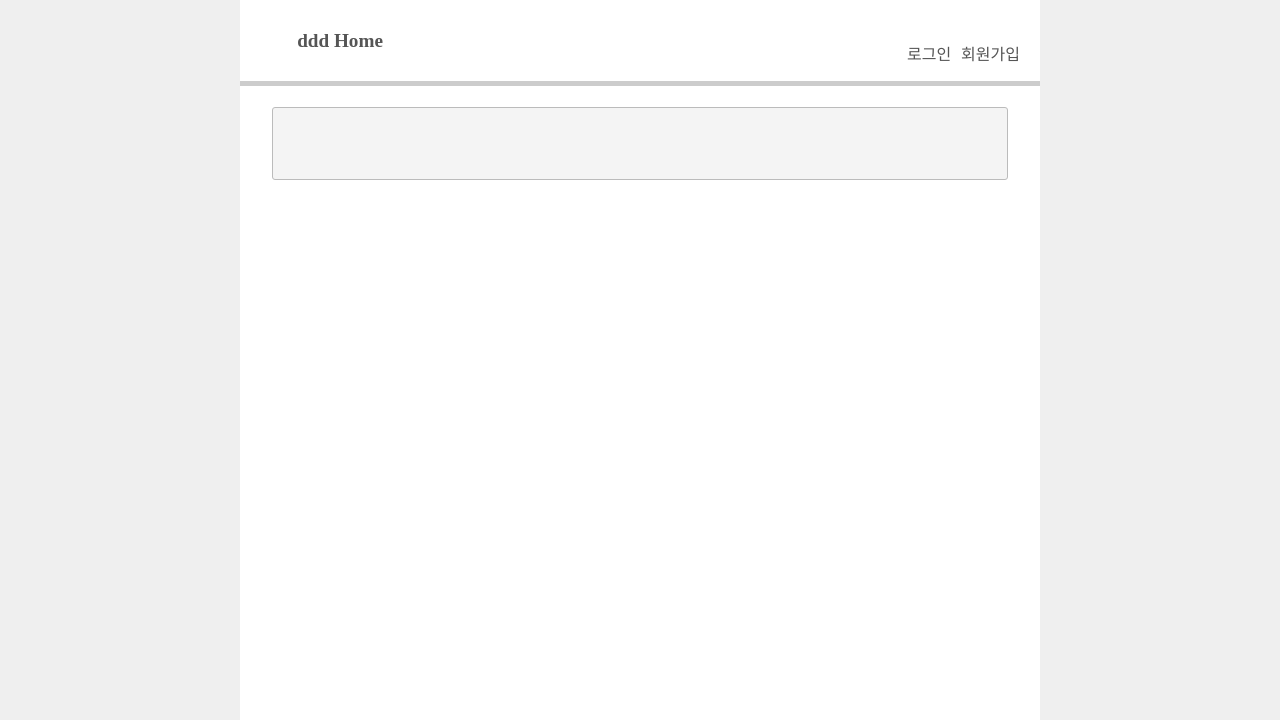
Repository: Deneb0000/JSP
Page: http://localhost/jspPro/days04/board/write.jsp
An editor plug-in stored every save of this project. The page is shown before and after the next save, followed by the edit.
The browser window is 1280 px wide. The pictures show the whole page.
Some web fonts or font styles are not loaded; a fallback is used. The page is served by Tomcat 9. Other server files are loaded and not shown.

Above is the page before, as saved 2024-10-18 08:14:06.

### jspPro/src/main/webapp/days04/board/write.jsp
<%@ page contentType="text/html; charset=UTF-8" pageEncoding="UTF-8"%>
<%@ taglib prefix="c" uri="http://java.sun.com/jsp/jstl/core" %>
<!DOCTYPE html>
<html>
<head>
<meta charset="UTF-8">
<title>Insert title here</title>
<link rel="shortcut icon" type="image/x-icon" href="http://localhost/jspPro/images/SiSt.ico">
<script src="https://ajax.googleapis.com/ajax/libs/jquery/3.7.1/jquery.min.js"></script>
<meta name="viewport" content="width=device-width, initial-scale=1.0">
<meta name="google" content="notranslate">
<link rel="stylesheet" href="http://localhost/jspPro/resources/cdn-main/example.css">
<script src="http://localhost/jspPro/resources/cdn-main/example.js"></script>
<style>
 span.material-symbols-outlined{
    vertical-align: text-bottom;
 }
</style>
</head>
<body>
<header>
  <h1 class="main"><a href="#" style="position: absolute;top:30px;">ddd Home</a></h1>
  <ul>
    <li><a href="#">로그인</a></li>
    <li><a href="#">회원가입</a></li>
  </ul>
</header>
<div>
  <xmp class="code">

  </xmp>
</div>
</body>
</html>

### jspPro/src/main/webapp/resources/cdn-main/example.css
@charset "UTF-8";

@import url('https://fonts.googleapis.com/css2?family=Material+Symbols+Outlined:opsz,wght,FILL,GRAD@20..48,100..700,0..1,-50..200');

@font-face {
    font-family: 'GmarketSansMedium';
    src: url('https://cdn.jsdelivr.net/gh/projectnoonnu/noonfonts_2001@1.1/GmarketSansMedium.woff') format('woff');
    font-weight: normal;
    font-style: normal;
}

:root {
	--text-color: #555;
	--sub-text-color: #777;
	--back-color: #EFEFEF;
	--header-color: #444;
	--primary-color: #DEDEDE;
	--secondary-color: #EFEFEF;
	--default-width: 800px;
	--narrow-width: 500px;
	--wide-width: 1200px;
	--text-font: 'GmarketSansMedium';
	--icon-font: 'Material Symbols Outlined';
	--border-color: #CCC;
}

html, body {
	margin: 0;
	padding: 0;
}

html {
	background-color: var(--back-color);
	display: flex;
	justify-content: center;
	min-height: 100vh;
}

body, body.default {
	width: var(--default-width);
	background-color: white;
	padding-bottom: 120px;
}

body.wide {
	width: var(--wide-width);
}

body.narrow {
	width: var(--narrow-width);
}



body, p, div, span, a, input, select, option, textarea, button, table, th, td, label, fieldset, legend {
	font-family: var(--text-font);
	color: var(--text-color);
}

h1, h2, h3 {
	font-family: var(--text-font);
	color: var(--header-color);
	padding: 0 1rem;
	padding-top: .5rem;
}

div > h1, div > h2, div > h3 {
	padding: 0;
}

body > div, body > main > div {
	padding: 0.3rem 1rem;
}


h1 { font-size: 2rem; border-bottom: 1px solid var(--border-color); }
h1 small { font-size: 1.2rem; color: var(--sub-text-color); }
h2 { font-size: 1.5rem; border-bottom: 1px dashed var(--border-color); }
h2 small { font-size: 1.1rem; color: --sub-text-color; }
h3 { font-size: 1.2rem; }
h3 small { font-size: 1rem; color: --sub-text-color; }



h1.main::before {
	font-family: var(--icon-font);
  	content: '\e666';
  	margin-right: 10px;
  	float: left;
	font-size: 2.5rem;
}

h1.sub::before {
	font-family: var(--icon-font);
  	content: '\ea19';
  	margin-right: 10px;
  	float: left;
	font-size: 2.5rem;
}


h1.page::before {
	font-family: var(--icon-font);
  	content: '\e0e0';
  	margin-right: 10px;
  	float: left;
	font-size: 2.5rem;
}

body > header > ul > li > .active{
	background-color: #FFF;
	color:#F00;
}

body > header {
	display: flex;
	justify-content: space-between;
	border-bottom: 5px solid var(--border-color);
	min-height: 74px;
	background-color: #FFF;
}

body > header.sticky {
	position: sticky;
	top: 0;
	z-index: 98;
}

body > header > h1 {
	font-size: 1.2rem;
	border: 0;
}

body > header.in > h1::before {
	font-family: var(--icon-font);
  	content: '\e332‥';
  	margin-right: 3px;
  	float: left;
	font-size: 2rem;
}


body > header > ul {
	list-style-type: none;
	display: flex;
	align-items: flex-end;
	margin-right: 10px;
}

body > header > ul > li {
	margin-right: 10px;
	cursor: pointer;
}

body > header > ul > li > a {
	cursor: pointer;
}


form {
	display: block;
}

form > div {
	padding: 0.3rem 1rem;
}

div > form > div {
	padding: 0.3rem 0;
}

input, textarea, button, select {
	border: 1px solid #BBB;
	border-radius: 3px;
	outline: none;
	resize: none;
	padding: 7px;
	margin: 0;
}

input[type=text]:read-only, textarea:read-only {
	cursor: not-allowed;
	background-color: #FFF;
}

input[type=text]:disabled, textarea:disabled {
	cursor: not-allowed;
	background-color: #EEE;
}

input[type=text], input[type=password], textarea, button, select {
	/* width: 300px; */
}

textarea {
	display: block;
	height: 100px;
}

input[type=button], input[type=submit], button {
	/* width: inherit; */
}

input.short, textarea.short, button.short, select.short {
	width: 100px;
}

input.long, textarea.long, button.long, select.long {
	width: 350px;
}

.narrow input.long, .narrow textarea.long, .narrow button.long, .narrow select.long {
	width: calc(100% - 20px);
}

input.full, textarea.full, button.full, select.full {
	width: calc(100% - 20px);
}

textarea.short {
	height: 50px;
}

textarea.long {
	height: 100px;
}

textarea.full {
	height: 200px;
}

input, textarea {
	padding-top: 8px;
}

input[type=button], input[type=submit], button {
	padding: 5px 10px;
	background-color: var(--secondary-color);
	cursor: pointer;
	min-height: 36px;
}

input[type=button].primary, input[type=submit].primary, button.primary {
	/* background-color: rgba(100, 149, 237, .2); */
	background-color: var(--primary-color);
}

input[type=button].primary:hover, input[type=submit].primary:hover, button.primary:hover {
	/* background-color: rgba(100, 149, 237, .3); */
	background-color: var(--secondary-color);
}

input[type=button]:hover, input[type=submit]:hover, button:hover {
	background-color: var(--primary-color);
}

button {
	position: relative;
	left: 0;
	top: 0;
	padding-left: 35px;
}

button .material-symbols-outlined {
	position: absolute;
	left: 10px;
	top: 4px;
}

/* k2nik add */
button.login::before {
	font-family: var(--icon-font);
  	content: '\ea77';
	position: absolute;
	left: 11px;
	top: 4px;
	font-size: 1.25rem;
}

/* k2nik logout */
button.logout::before {
	font-family: var(--icon-font);
  	content: '\e9ba';
	position: absolute;
	left: 11px;
	top: 4px;
	font-size: 1.25rem;
}

/* k2nik help */
button.help::before {
	font-family: var(--icon-font);
  	content: '\f1c0';
	position: absolute;
	left: 11px;
	top: 4px;
	font-size: 1.25rem;
}

button.add::before{
	font-family: var(--icon-font);
  	content: '\e746';
	position: absolute;
	left: 11px;
	top: 4px;
	font-size: 1.25rem;
}

button.back::before {
	font-family: var(--icon-font);
  	content: '\e166';
	position: absolute;
	left: 11px;
	top: 4px;
	font-size: 1.25rem;
}

button.list::before {
	font-family: var(--icon-font);
  	content: '\e0ee';
	position: absolute;
	left: 11px;
	top: 4px;
	font-size: 1.25rem;
}


button.del::before {
	font-family: var(--icon-font);
  	content: '\e872';
	position: absolute;
	left: 11px;
	top: 4px;
	font-size: 1.25rem;
}


button.edit::before {
	font-family: var(--icon-font);
  	content: '\e745';
	position: absolute;
	left: 11px;
	top: 4px;
	font-size: 1.25rem;
}


button.login::before {
	font-family: var(--icon-font);
  	content: '\ea77';
	position: absolute;
	left: 11px;
	top: 4px;
	font-size: 1.25rem;
}


button.logout::before {
	font-family: var(--icon-font);
  	content: '\e9ba';
	position: absolute;
	left: 11px;
	top: 4px;
	font-size: 1.25rem;
}


button.in::before {
	font-family: var(--icon-font);
  	content: '\f71a';
	position: absolute;
	left: 11px;
	top: 4px;
	font-size: 1.25rem;
}


button.out::before {
	font-family: var(--icon-font);
  	content: '\f70e';
	position: absolute;
	left: 11px;
	top: 4px;
	font-size: 1.25rem;
}


button.reply::before {
	font-family: var(--icon-font);
  	content: '\e15e';
	position: absolute;
	left: 11px;
	top: 4px;
	font-size: 1.25rem;
}


button.comment::before {
	font-family: var(--icon-font);
  	content: '\e0b9';
	position: absolute;
	left: 11px;
	top: 4px;
	font-size: 1.25rem;
}


button.modal::before {
	font-family: var(--icon-font);
  	content: '\e89e';
	position: absolute;
	left: 11px;
	top: 4px;
	font-size: 1.25rem;
}


button.ok::before {
	font-family: var(--icon-font);
  	content: '\e86c';
	position: absolute;
	left: 11px;
	top: 4px;
	font-size: 1.25rem;
}


button.cancel::before {
	font-family: var(--icon-font);
  	content: '\e5c9';
	position: absolute;
	left: 11px;
	top: 4px;
	font-size: 1.25rem;
}

button.search::before {
	font-family: var(--icon-font);
  	content: '\e8b6';
	position: absolute;
	left: 11px;
	top: 4px;
	font-size: 1.25rem;
}

button.home::before {
	font-family: var(--icon-font);
  	content: '\e88a';
	position: absolute;
	left: 11px;
	top: 4px;
	font-size: 1.25rem;
}


button.sidebar::before {
	font-family: var(--icon-font);
  	content: '\f7e4';
	position: absolute;
	left: 11px;
	top: 4px;
	font-size: 1.25rem;
}


button.sidebar-right::before {
	font-family: var(--icon-font);
  	content: '\f7e5';
	position: absolute;
	left: 11px;
	top: 4px;
	font-size: 1.25rem;
}




button::before {
	font-family: var(--icon-font);
  	content: '\e323';
	position: absolute;
	left: 11px;
	top: 4px;
	font-size: 1.25rem;
}


table {
	border-collapse: collapse;
	margin: 1rem;
	box-sizing: border-box;
	width: calc(100% - 32px);
}

table.content {
	width: auto;
}

div > table {
	margin: 0;
}

table th, table td {
	border: 1px solid var(--border-color);
	padding: 7px;
	font-weight: normal;
}

table th {
	background-color: var(--back-color);
}

table.vertical th {
	width: 150px;
}

table.vertical td {
	width: calc(100% - 182px);
	padding-left: 10px;
}

table.content td, table.content th {
	width: auto;
}

body.narrow table.vertical th {
	width: 100px;
}

body.narrow table.vertical td {
	width: calc(100% - 182px);
}


table + table {
	margin-top: 30px;
}


p {
	padding: 0 1rem;
}

a {
	text-decoration: none;
}

a:hover {
	color: rgba(255, 99, 71, .7);
}

hr {
	border: 0;
	border-top: 1px solid var(--border-color);
	margin: 2rem 0;
}

.message {
	border: 1px solid var(--border-color);
	background-color: #EFEFEF;
	margin: 1rem;
	width: auto;
	padding-top: 10px;
	padding-bottom: 10px;
	font-size: 14px;
}

.message[title]::before {
	content: attr(title);
	display: block;
	border-bottom: 1px solid var(--border-color);
	padding-bottom: 5px;
	margin-bottom: 10px;
	margin-top: 7px;
}

.message.short {
	max-width: 250px;
}

.message.long {
	max-width: 500px;
}

.badge {
	float: right;
	font-size: .8rem;
	margin-top: 2px;
	margin-right: 2px;
	text-shadow: 0 0 7px gray;
}

.badge.left {
	float: none;
	margin-left: 2px;
}

.badge.right {
	float: right;
}

.badge.red {
	border-radius: 50%;
	padding: 2px 5px;
	background-color: rgb(255, 99, 71, .3);
}

.badge.yellow {

	border-radius: 50%;
	padding: 2px 5px;
	background-color: rgb(255, 215, 0, .5);
}

.badge.blue {
	border-radius: 50%;
	padding: 2px 5px;
	background-color: rgb(100, 149, 237, .3);
}

label + label {
	margin-left: 7px;
}

label input[type=checkbox], label input[type=radio] {
	transform: translate(0, 1px);
}

.group {
	display: flex;
}

.modal-content .group {
	margin-bottom: .5rem;
}

.group label {
	border: 1px solid #BBB;
	border-radius: 3px;
	outline: none;
	resize: none;
	padding: 7px 14px;
	margin: 0;
	border-top-right-radius: 0;
	border-bottom-right-radius: 0;
	background-color: #EFEFEF;
	white-space: nowrap;
	font-size: 14px;
}

.group input[type=text] {
	margin-left: -1px;
	border-top-left-radius: 0;
	border-bottom-left-radius: 0;
}

.group select {
	margin-left: -1px;
	border-top-left-radius: 0;
	border-bottom-left-radius: 0;
}

.group input.full[type=text] {
	margin-left: -1px;
	border-top-left-radius: 0;
	border-bottom-left-radius: 0;
	width: 100%;
}

.group input[type=button]:first-child, .group button:first-child {
	border-top-left-radius: 3px;
	border-bottom-left-radius: 3px;
	margin-left: 0px;
}

.group input[type=button], .group button {
	border-radius: 0;
	margin-left: -1px;
}

.group input[type=button]:last-child, .group button:last-child {
	margin-left: -1px;
	border-top-right-radius: 3px;
	border-bottom-right-radius: 3px;
}

.seperate {
	display: flex;
	justify-content: space-between;
}

div.list {
	width: max-content;
	margin: 1rem;
	border: 1px solid #BBB;
	border-radius: 3px;
	padding: 0;
}

div.list.full {
	width: auto;
	display: block;
	margin: 1rem;
	border: 1px solid #BBB;
	border-radius: 3px;
	padding: 0;
}

div.list > div {
	padding: .5rem 1rem;
	margin: 0;
	border-bottom: 1px solid #BBB;
}

div.list > div:last-child {
	border-bottom: 0;
}

pre.code , xmp.code{
	font-family: consols;
	background-color: rgba(150, 150, 150, .1);
	border: 1px solid #BBB;
	border-radius: 3px;
	padding: .5rem 1rem;
	padding-bottom: .6rem;
	margin: 1rem;
}




*[data-modal-window] {
	position: fixed;
	background-color: rgba(0, 0, 0, .3);
	left: 0;
	top: 0;
	display: none;
	justify-content: center;
	align-items: flex-start;
	width: 100%;
	min-height: 100vh;
	z-index: 100;
	opacity: 0;
	transition: 500ms all;
}

*[data-modal-window] .modal-container {
	border-radius: 5px;
	padding: 1rem;
	padding-bottom: .5rem;
	margin-top: -500px;
	opacity: 0;
	width: 500px;
	background-color: #FFF;
	margin-right: 2rem;
	transition: 500ms all;
}

*[data-modal-size=content] .modal-container {
	width: auto;
}

*[data-modal-size=narrow] .modal-container {
	width: 300px;
}

*[data-modal-size=wide] .modal-container {
	width: 760px;
}


*[data-modal-window] .modal-header {
	border-bottom: 1px solid var(--border-color);
	padding: 2px 5px;
}

*[data-modal-window] .modal-content {
	padding: 1rem 5px;
}

*[data-modal-window] .modal-content div:last-child {
	margin-top: 1rem;
	text-align: right;
}



*[data-sidebar-window] {
	position: fixed;
	background-color: #FFF;
	left: 0;
	top: 0;
	display: block;
	width: 300px;
	border-right: 1px solid var(--border-color);
	box-sizing: border-box;
	box-shadow: 0 0 3px var(--back-color);
	min-height: 100vh;
	z-index: 99;
	transform: translate(-300px, 0);
	transition-duration: 500ms;
	transition-property: transform;
}

*[data-sidebar-direction=right] {
	left: auto;
	right: 0;
	transform: translate(300px, 0);
	border-left: 1px solid var(--border-color);
}

*[data-sidebar-size=wide] {
	width: 500px;
	transform: translate(-500px, 0);
}

*[data-sidebar-window] .sidebar-title {
	border-bottom: 1px solid var(--border-color);
	margin-top: 20px;
	margin-bottom: 20px;
	padding-bottom: 5px;
	display: flex;
	justify-content: space-between;
}

*[data-sidebar-window] .sidebar-title span:last-child {
	cursor: pointer;
}


/* K2Nik pagination */
.center {
  text-align: center;
}

.pagination {
  display: inline-block;
}

.pagination a {
  color: black;
  float: left;
  padding: 3px 6px;
  text-decoration: none;
  transition: background-color .3s;
  border: 1px solid #ddd;
  margin: 0 3px;
}

.pagination a.active {
  background-color: #4CAF50;
  color: white;
  border: 1px solid #4CAF50;
}

.pagination a:hover:not(.active) {background-color: #ddd;}

### jspPro/src/main/webapp/resources/cdn-main/example.js

window.onload = () => {

    const list = document.querySelectorAll('input, textarea');

    list.forEach(item => {
        item.setAttribute('autocomplete', 'off');
    });


    const modal_btn_list = document.querySelectorAll('*[data-modal-button]');

    modal_btn_list.forEach(item => {
        item.onclick = function() {

            const name = this.dataset['modalButton'];
            const modal_window = document.querySelector('*[data-modal-window=' + name);

            const container = document.createElement('div');
            container.className = 'modal-container';



            const modal_header = document.createElement('div');
            modal_header.textContent = modal_window.dataset['modalTitle'];
            modal_header.className = 'modal-header';
            container.appendChild(modal_header);

            const modal_content = document.createElement('div');
            modal_content.className = 'modal-content';
            container.appendChild(modal_content);

            Array.from(modal_window.childNodes).forEach(item => {
                modal_content.appendChild(item);
            });

            modal_window.appendChild(container);

            modal_window.style.display = 'flex';

            setTimeout(() => {
                modal_window.style.opacity = 1;
                container.style.marginTop = '20px';
                container.style.opacity = 1;
            }, 50);


            const modal_ok = document.querySelector('*[data-modal-ok=' + name);
            modal_ok.addEventListener('click', function() {
                modal_window.style.opacity = 0;
                container.style.marginTop = '-500px';
                container.style.opacity = 0;

                setTimeout(() => {
                    modal_window.innerHTML = modal_content.innerHTML;
                    modal_window.style.display = 'none';
                }, 500);

            });

            const modal_cancel = document.querySelector('*[data-modal-cancel=' + name);
            modal_cancel.addEventListener('click', function() {

                modal_window.style.opacity = 0;
                container.style.marginTop = '-500px';
                container.style.opacity = 0;

                setTimeout(() => {
                    modal_window.innerHTML = modal_content.innerHTML;
                    modal_window.style.display = 'none';
                }, 500);
            });


        };
    });


    const sidebar_btn_list = document.querySelectorAll('*[data-sidebar-button]');

    sidebar_btn_list.forEach(item => {
        item.onclick = function() {



            const name = this.dataset['sidebarButton'];
            const sidebar_window = document.querySelector('*[data-sidebar-window=' + name);

            if (sidebar_window.style.transform == 'translate(0px, 0px)') return;



            sidebar_window.style.transform = 'translate(0, 0)';

            const sidebar_title = document.createElement('div');
            sidebar_title.className = 'sidebar-title';
            sidebar_title.innerHTML = '<span>' + sidebar_window.dataset['sidebarTitle'] + '</span><span class="material-symbols-outlined">close</span>';

            sidebar_title.children[1].onclick = function() {

                let sign = 1;
                let distance = 300;

                if (sidebar_window.dataset['sidebarDirection'] != 'right') {
                    sign = -1;
                } else {
                    sign = 1;
                }

                if (sidebar_window.dataset['sidebarSize'] != 'wide') {
                    distance = 300;
                } else {
                    distance = 500;
                }

                distance *= sign;

                sidebar_window.style.transform = 'translate(' + distance + 'px, 0)';

                setTimeout(function() {
                    sidebar_window.removeChild(sidebar_window.children[0]);
                }, 500);
            };


            sidebar_window.prepend(sidebar_title);

        }
    });

};

// window.onkeydown = function(event) {

//     if (event.keyCode == 27) {
//         if (document.querySelector('[data-modal-window').style.display == 'flex') {
//             document.querySelector('[data-modal-window').style.display = 'none';
//         }
//     }

// };

After the next save:
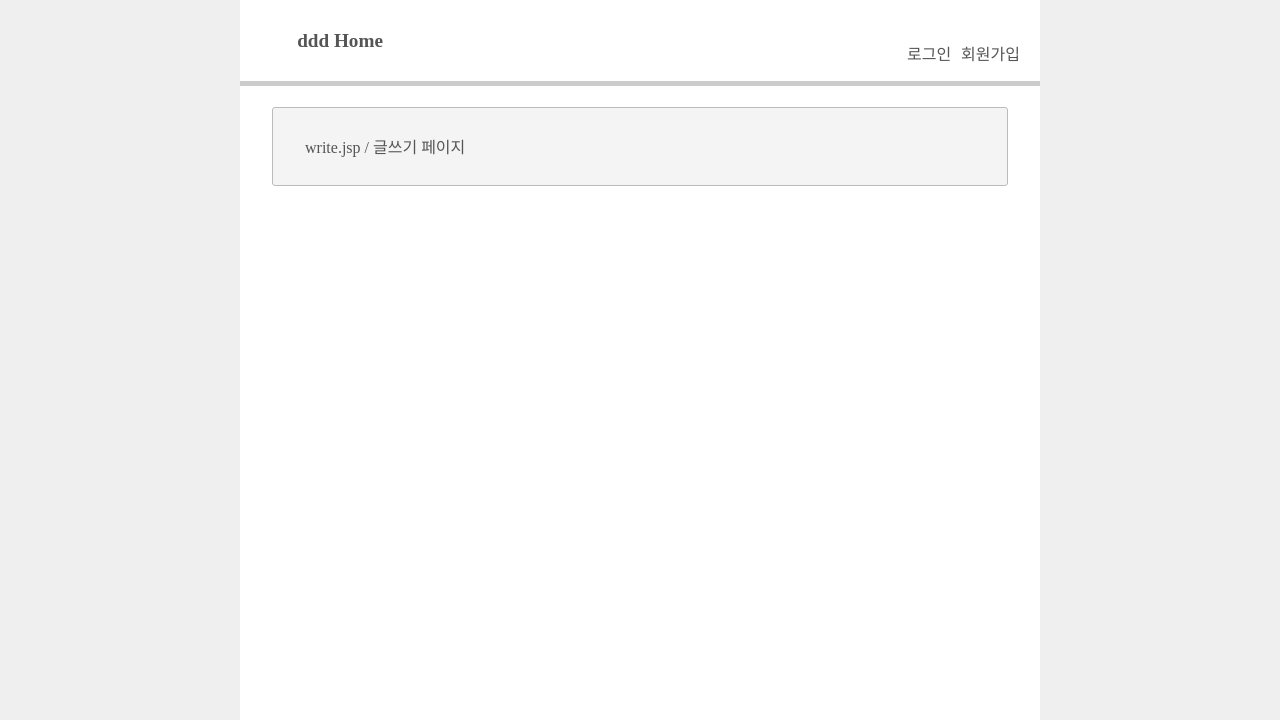
Saved 13 s later.
--- a/jspPro/src/main/webapp/days04/board/write.jsp
+++ b/jspPro/src/main/webapp/days04/board/write.jsp
@@ -27,7 +27,7 @@
 </header>
 <div>
   <xmp class="code">
-
+    write.jsp / 글쓰기 페이지
   </xmp>
 </div>
 </body>
